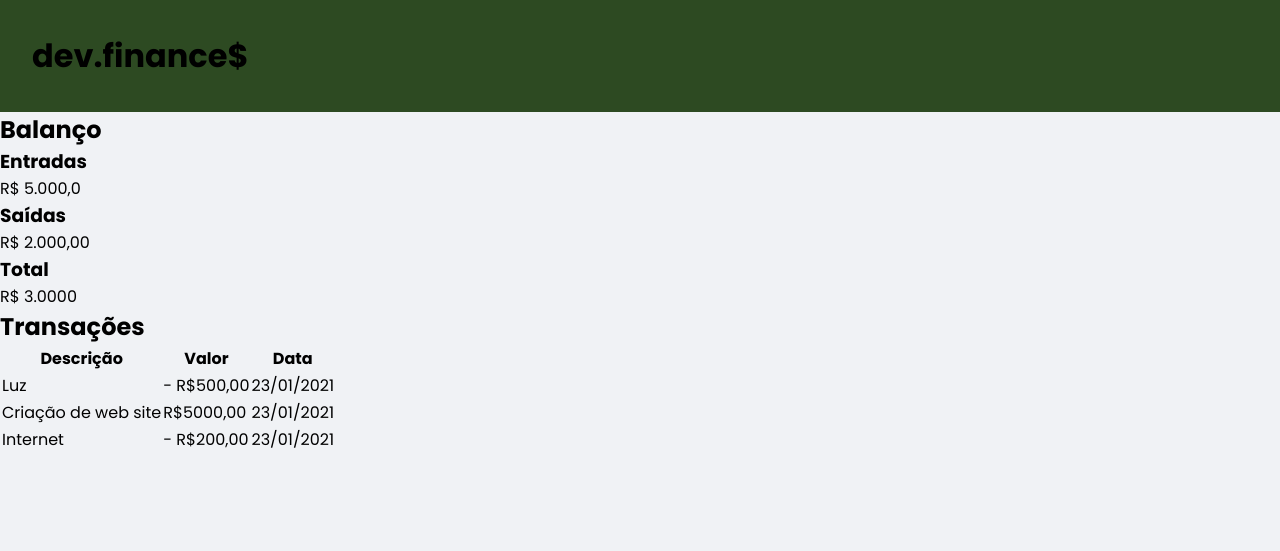
Repository: rafaelmgr12/maratona-dev01
Page: index.html
These files come from the project's save history. The page is drawn as it stood at one moment and after the next save; the edit follows.
The browser window is 1280 px wide. The pictures show the whole page.

Above is the page before, as saved 2021-04-26 20:11:56.

After the next save:
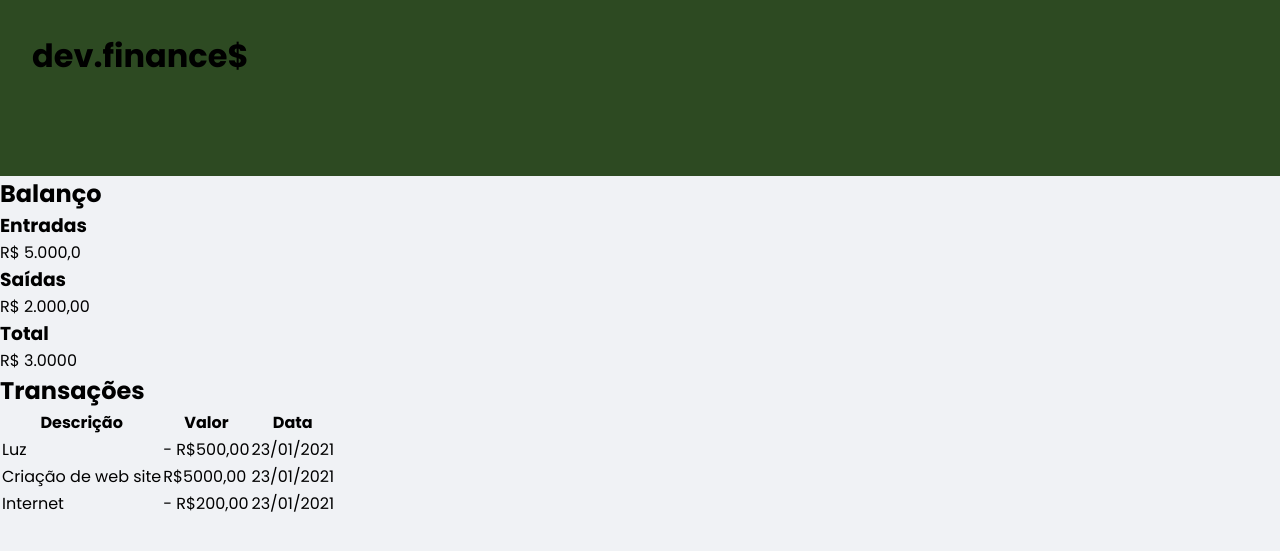
Saved 28 s later.
--- a/style.css
+++ b/style.css
@@ -11,7 +11,7 @@ body{
 /* Header ======================================== */
 header{
     background: #2d4a22;
-    padding: 2rem;
+    padding: 2rem 2rem 6rem;
 
 }
 
